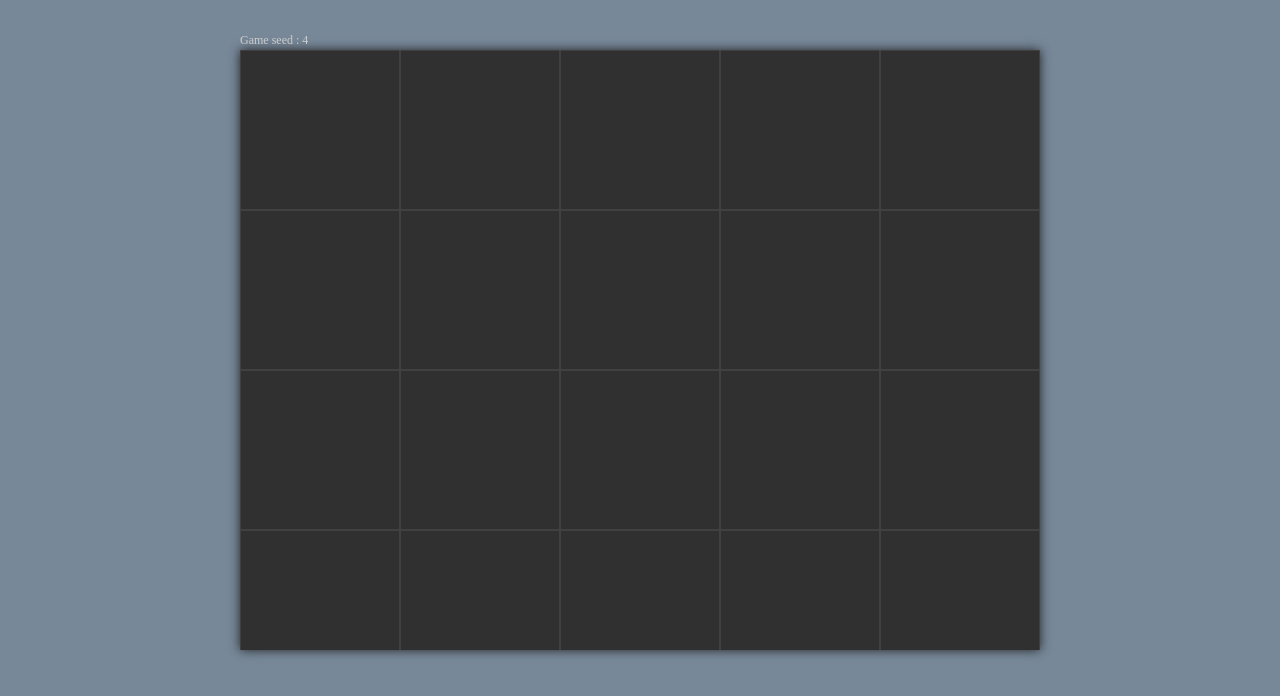
Repository: MonsieurLuge/js13k
Page: index.html
The author's editor kept a record of every edit. The page is drawn from the files as they stood at one moment, then again after the next edit.
The browser window is 1280 px wide. The pictures show the whole page.

Above is the page before.
Console error: TypeError: Cannot set properties of undefined (setting '49')

After the next edit:
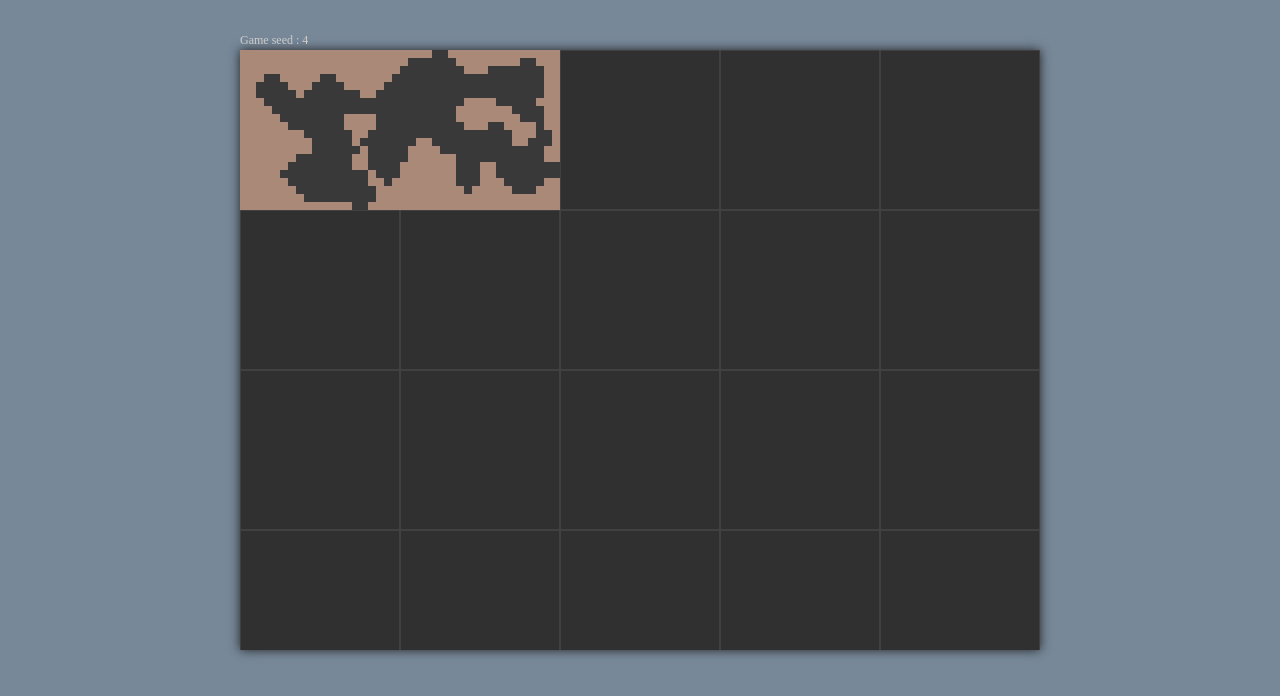
The error is gone.
The edit:
--- a/js/world.js
+++ b/js/world.js
@@ -1,16 +1,18 @@
 /**
  * TODO World description
  */
-function World() {
+function World(seed) {
     this.width = null;
     this.height = null;
     this.x = null;
     this.y = null;
     this.map = [];
     this.caves = [];
+    this.caveWalls = [];
     this.currentCave = null;
     this.maxCaveWidth = 4;
     this.maxCaveHeight = 4;
+    this.seed = seed;
 
     this.init();
 }
@@ -43,8 +45,47 @@
  */
 World.prototype.createCave = function(x, y) {
     console.log('create a cave at ' + x + ',' + y);
-
-
+    // TODO
+
+};
+
+/**
+ * [createCaveWalls description]
+ * @return {[type]} [description]
+ */
+World.prototype.createCaveWalls = function() {
+    for (var n = 0; n < 256; n++) {
+        var caveWall = {
+            width: 8,
+            height: 8,
+            map: [],
+            generate: function() {
+                var generatedMap = [];
+                var chanceToStartAlive = 0.38;
+
+                // Fill the map with some noise
+                for (var i = 0; i < this.width; i++) {
+                    generatedMap[i] = [];
+
+                    for (var j = 0; j < this.height; j++) {
+                        generatedMap[i][j] = (Math.seededRandom(0, 1) < chanceToStartAlive);
+                    }
+                }
+
+                // Draw the borders
+                // TODO
+
+                // Run the cellular automaton
+                this.map = cellularAutomaton(generatedMap, {generations: 7, cellsToDie: 5, cellsToLive: 4, bordersMatters: true});
+            }
+        }
+
+        // Generate the wave call
+        caveWall.generate();
+
+        // Store the generated cave wall
+        this.caveWalls[n] = caveWall;
+    }
 };
 
 /**
@@ -54,12 +95,13 @@
 World.prototype.draw = function() {
     for (var i = 0; i < this.caves[this.currentCave].width; i++) {
         for (var j = 0; j < this.caves[this.currentCave].height; j++) {
-            if (this.caves[this.currentCave].map[i][j] === false) {
-                continue;
+            if (true === this.caves[this.currentCave].map[i][j]) {
+                 context.fillStyle = '#aa8978';
+            } else {
+                context.fillStyle = "#393939";
             }
 
             context.beginPath();
-            context.fillStyle = "#bcbcbc";
             context.rect(8 * i, 8 * j, 8, 8);
             context.fill();
         }
@@ -67,6 +109,28 @@
 };
 
 /**
+ * [drawCaveWalls description]
+ * @return {[type]} [description]
+ */
+World.prototype.drawCaveWalls = function() {
+    for (var n = 0; n < this.caveWalls.length; n++) {
+        for (var i = 0; i < this.caveWalls[n].width; i++) {
+            for (var j = 0; j < this.caveWalls[n].height; j++) {
+                if (true === this.caveWalls[n].map[i][j]) {
+                    context.fillStyle = "#aa8978";
+                } else {
+                    context.fillStyle = "#393939";
+                }
+
+                context.beginPath();
+                context.rect((4 * i) + this.caveWalls[n].width * 5 * (n % 19), (4 * j) + this.caveWalls[n].height * 5 * (Math.floor(n / 19)), 4, 4);
+                context.fill();
+            }
+        }
+    }
+};
+
+/**
  * TODO explore description
  * @return {[type]} [description]
  */
@@ -104,6 +168,9 @@
 World.prototype.init = function() {
     // Delete all explored caves
     this.caves = [];
+
+    // Delete all cave walls
+    this.caveWalls = [];
 
     // Init some things
     this.x = 0;
@@ -112,30 +179,33 @@
     this.height = 5;
     this.map = [[]];
 
-    // Create the starting room
-    var caveId = 0;
+    // Create the cave walls
+    this.createCaveWalls();
+
+    // Create the starting cave
     this.caves[0] = new Cave({
-        id: caveId,
+        id: 0,
+        seed: this.seed,
         type: 'underground',
         x: 0,
         y: 0,
-        width: 3,
-        height: 5,
+        width: 4,
+        height: 2,
         exits: [
             {
-                x: 0,
+                x: 2,
                 y: 0,
                 direction: 'top',
                 linked: true
             },
             {
-                x: 2,
+                x: 3,
                 y: 1,
                 direction: 'right'
             },
             {
-                x: 3,
-                y: 4,
+                x: 1,
+                y: 1,
                 direction: 'bottom',
                 linked: true
             }
@@ -143,7 +213,7 @@
     });
 
     // Store the first cave id
-    this.map[0][0] = caveId;
+    this.map[0][0] = 0;
 
     // Then, store the current cave
     this.currentCave = 0;
